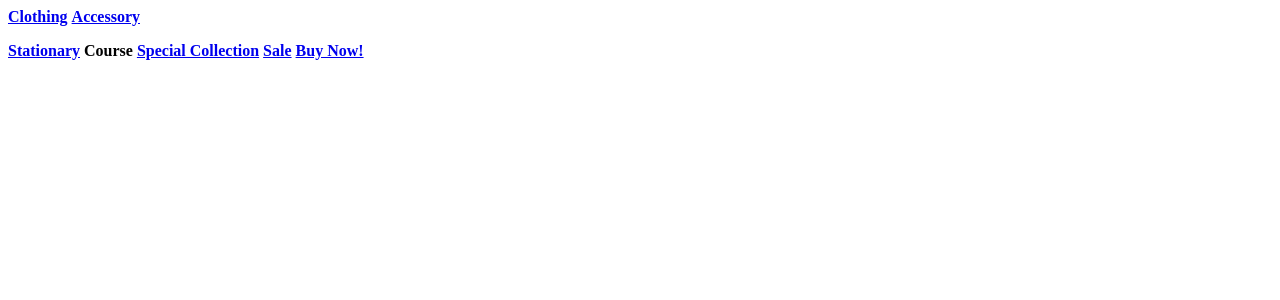
Repository: TuanTram2401/RMIT-Website
Page: index.html
An editor plug-in stored every save of this project. The page is shown before and after the next save, followed by the edit.
The browser window is 1280 px wide. The pictures show the whole page.

Above is the page before, as saved 2024-11-05 11:45:33.

### index.html
<html lang = "eng">
<head>
    <meta charset="UTF-8">
    <meta name="viewport" content="width=device-width,intial-scale=1.0">
    <title>RMIT Store</title>
</head>
<main>
    <body>
        <a href="index.html"img="src=./assets/images/slider.jpg"alt="RMIT-logo"width="300"></a>
        <a href="https://www.campusstore.rmit.edu.au/collections/clothing"><strong>Clothing</strong></a>
        <a href="https://www.campusstore.rmit.edu.au/collections/Accessory"><strong>Accessory</strong></p>
        <a href="https://www.campusstore.rmit.edu.au/collections/Stationary"><strong>Stationary</strong></a>
        <a hre="https://www.campusstore.rmit.edu.au/collections/course"><strong>Course</strong></a>
        <a href="https://www.campusstore.rmit.edu.au/collections/special-collection"><strong>Special Collection</strong></a>
        <a href="https://www.campusstore.rmit.edu.au/collections/sale"><strong>Sale</strong></a>
        <a href="#item-list"><strong>Buy Now!</strong></a>
    </body>
</main>






</html>

After the next save:
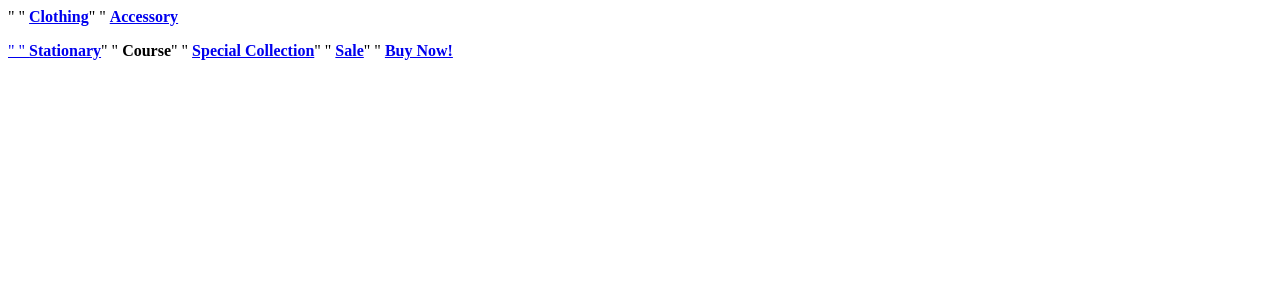
Not found: .assets/images/slider.jpg
Saved 6 min 52 s later.
--- a/index.html
+++ b/index.html
@@ -6,14 +6,18 @@
 </head>
 <main>
     <body>
-        <a href="index.html"img="src=./assets/images/slider.jpg"alt="RMIT-logo"width="300"></a>
-        <a href="https://www.campusstore.rmit.edu.au/collections/clothing"><strong>Clothing</strong></a>
-        <a href="https://www.campusstore.rmit.edu.au/collections/Accessory"><strong>Accessory</strong></p>
-        <a href="https://www.campusstore.rmit.edu.au/collections/Stationary"><strong>Stationary</strong></a>
-        <a hre="https://www.campusstore.rmit.edu.au/collections/course"><strong>Course</strong></a>
-        <a href="https://www.campusstore.rmit.edu.au/collections/special-collection"><strong>Special Collection</strong></a>
-        <a href="https://www.campusstore.rmit.edu.au/collections/sale"><strong>Sale</strong></a>
+        <a href="index.html"img src="./assets/images/rmit-store-logo.png"alt="RMIT-logo"width="300"></a>"&nbsp;"
+        <a href="https://www.campusstore.rmit.edu.au/collections/clothing"><strong>Clothing</strong></a>"&nbsp;"
+        <a href="https://www.campusstore.rmit.edu.au/collections/Accessory"><strong>Accessory</strong></p>"&nbsp;"
+        <a href="https://www.campusstore.rmit.edu.au/collections/Stationary"><strong>Stationary</strong></a>"&nbsp;"
+        <a hre="https://www.campusstore.rmit.edu.au/collections/course"><strong>Course</strong></a>"&nbsp;"
+        <a href="https://www.campusstore.rmit.edu.au/collections/special-collection"><strong>Special Collection</strong></a>"&nbsp;"
+        <a href="https://www.campusstore.rmit.edu.au/collections/sale"><strong>Sale</strong></a>"&nbsp;"
         <a href="#item-list"><strong>Buy Now!</strong></a>
+
+        <section>
+            <img src=".assets/images/slider.jpg" alt="">
+        </section>
     </body>
 </main>
 
